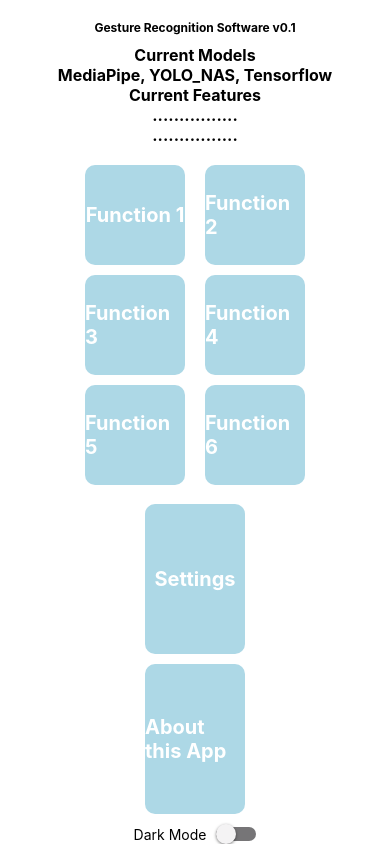
Repository: hajin-park/V-QUIP
Page: / (app in frontend/react-native-app/)
The author's editor kept a copy of each file at every save. The page is drawn from the files as they stood at one save, then again after the next save.
The browser window is 390 px wide. The pictures show the whole page.
The app was drawn by React Native's web renderer in a window 390 px wide. The project was rebuilt for these pictures with package versions that can differ from the ones it lists, and the page was loaded fresh each time.

Above is the page before, as saved 2024-04-08 00:04:44.

After the next save:
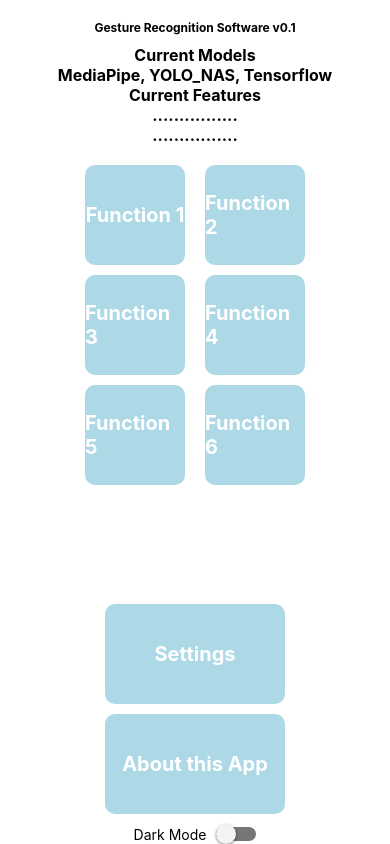
Saved 9 s later.
--- a/frontend/react-native-app/App.js
+++ b/frontend/react-native-app/App.js
@@ -119,8 +119,8 @@ const styles = StyleSheet.create({
     marginHorizontal: 10,
   },
   box2: {
-    width: 100,
-    height: 150,
+    width: 180,
+    height: 100,
     backgroundColor: '#ADD8E6', // Light blue color
     borderRadius: 10, // Rounded edges
     alignItems: 'center',
